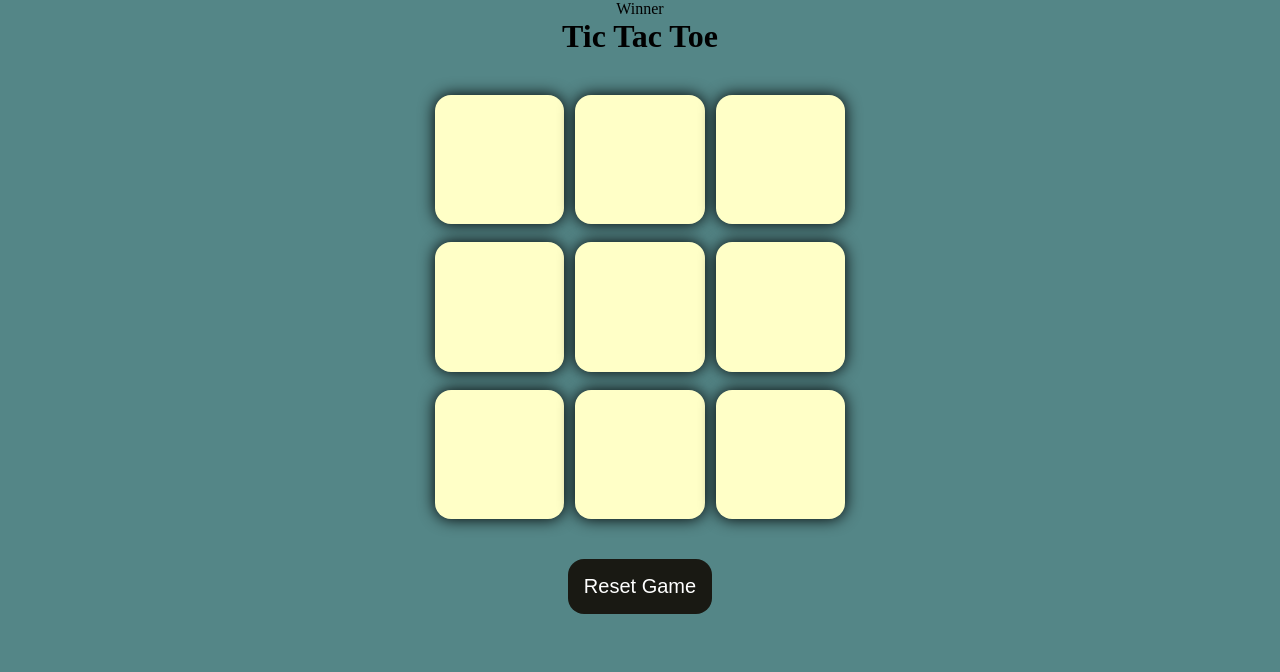
Repository: pankaj-shaw05/Tic-Tac-Toe
Page: index.html
An editor plug-in stored every save of this project. The page is shown before and after the next save, followed by the edit.
The browser window is 1280 px wide. The pictures show the whole page.

Above is the page before, as saved 2026-04-07 20:28:55.

After the next save:
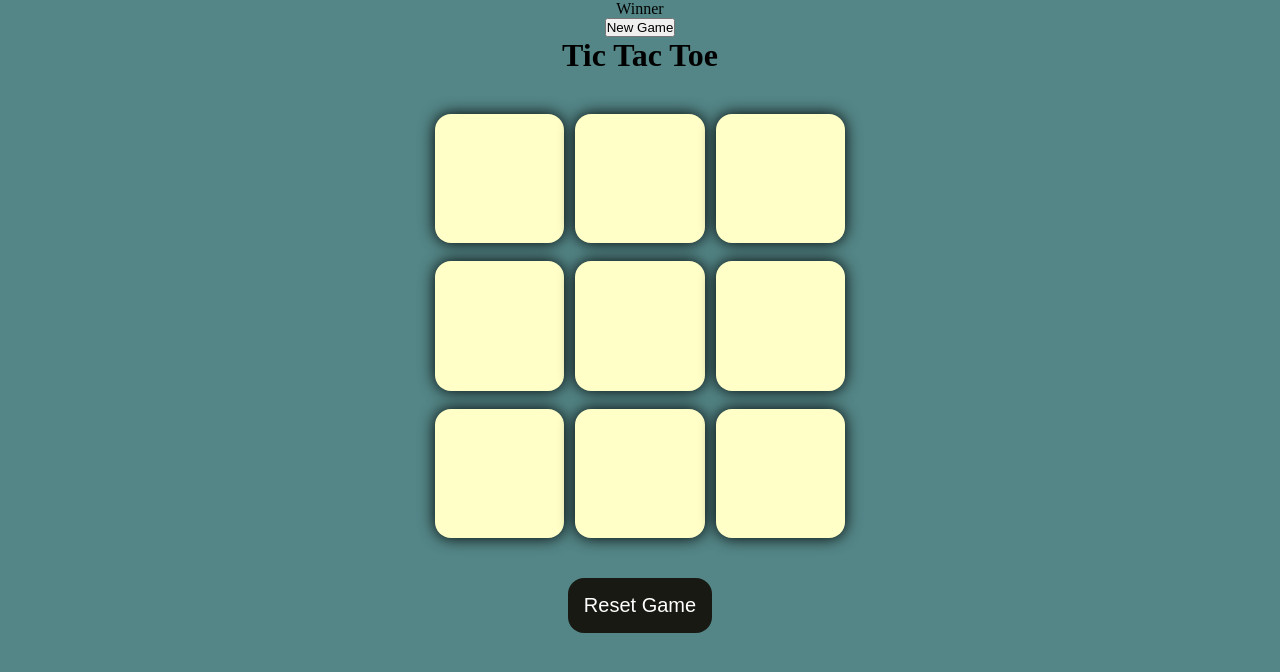
Saved 73 s later.
--- a/index.html
+++ b/index.html
@@ -9,6 +9,7 @@
 <body>
     <div class="msg-container">
         <p id="msg">Winner</p>
+        <button id="new-btn">New Game</button>
     </div>
     <main>
         <h1>Tic Tac Toe</h1>
